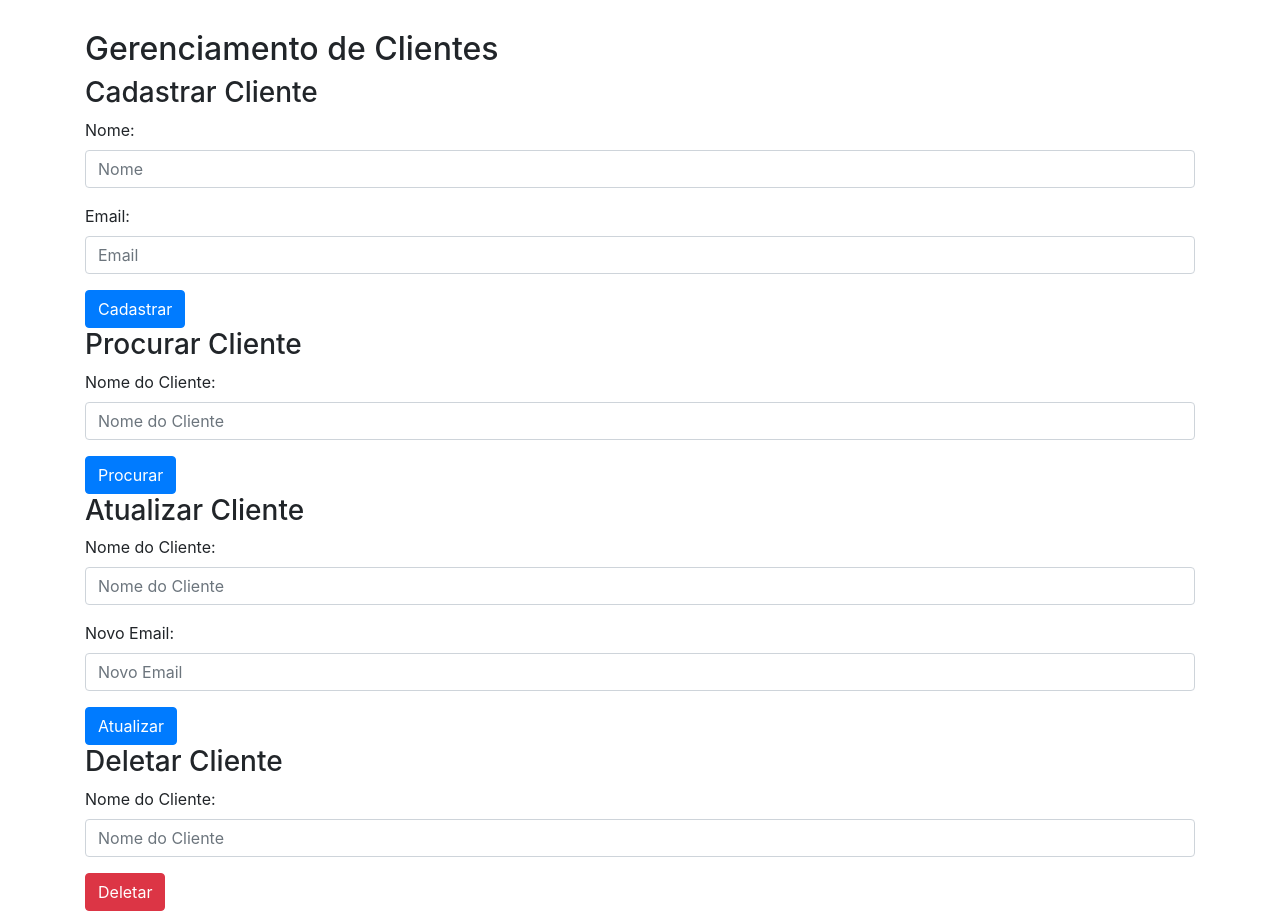
Repository: hagartelles/serveletProject
Page: BeltourServerlet/src/main/webapp/Index.html
The author's editor kept a copy of each file at every save. The page is drawn from the files as they stood at one save, then again after the next save.
The browser window is 1280 px wide. The pictures show the whole page.

Above is the page before, as saved 2023-11-04 19:06:36.

After the next save:
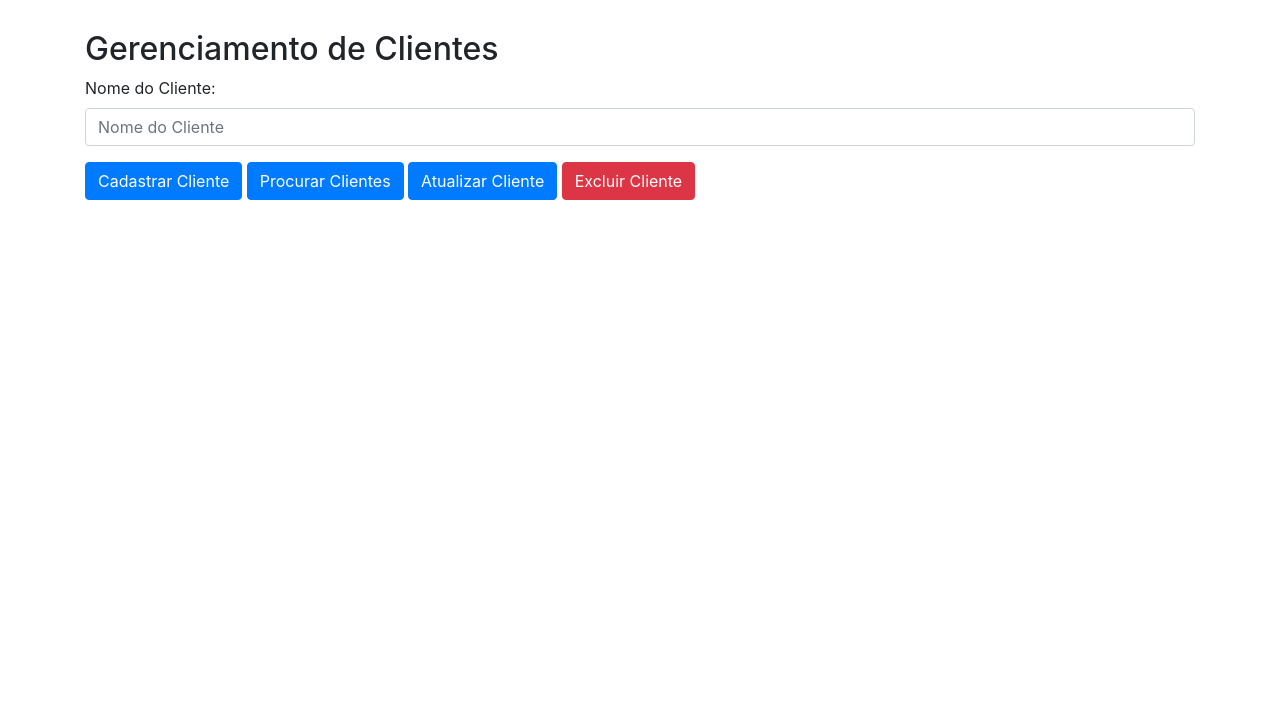
Saved 2 min 20 s later.
--- a/BeltourServerlet/src/main/webapp/Index.html
+++ b/BeltourServerlet/src/main/webapp/Index.html
@@ -15,55 +15,16 @@
   <div class="container">
     <h2>Gerenciamento de Clientes</h2>
 
-    <!-- Formulário de Cadastro -->
-    <form id="cadastro-form">
-      <h3>Cadastrar Cliente</h3>
+    <!-- Formulário para Ações de Cliente -->
+    <form id="cliente-form">
       <div class="form-group">
-        <label for="nome">Nome:</label>
-        <input type="text" class="form-control" id="nome" placeholder="Nome">
+        <label for="nome">Nome do Cliente:</label>
+        <input type="text" class="form-control" id="nome" placeholder="Nome do Cliente">
       </div>
-      <div class="form-group">
-        <label for="email">Email:</label>
-        <input type="email" class="form-control" id="email" placeholder="Email">
-      </div>
-      <button type="submit" class="btn btn-primary">Cadastrar</button>
-    </form>
-
-    <!-- Formulário de Procura -->
-    <form id="procura-form">
-      <h3>Procurar Cliente</h3>
-      <div class="form-group">
-        <label for="procura-nome">Nome do Cliente:</label>
-        <input type="text" class="form-control" id="procura-nome" placeholder="Nome do Cliente">
-      </div>
-      <button type="submit" class="btn btn-primary">Procurar</button>
-    </form>
-
-    <!-- Resultado da Procura -->
-    <div id="resultado-procura"></div>
-
-    <!-- Formulário de Atualização -->
-    <form id="atualizacao-form">
-      <h3>Atualizar Cliente</h3>
-      <div class="form-group">
-        <label for="atualiza-nome">Nome do Cliente:</label>
-        <input type="text" class="form-control" id="atualiza-nome" placeholder="Nome do Cliente">
-      </div>
-      <div class="form-group">
-        <label for="novo-email">Novo Email:</label>
-        <input type="email" class="form-control" id="novo-email" placeholder="Novo Email">
-      </div>
-      <button type="submit" class="btn btn-primary">Atualizar</button>
-    </form>
-
-    <!-- Formulário de Deleção -->
-    <form id="deleta-form">
-      <h3>Deletar Cliente</h3>
-      <div class="form-group">
-        <label for="deleta-nome">Nome do Cliente:</label>
-        <input type="text" class="form-control" id="deleta-nome" placeholder="Nome do Cliente">
-      </div>
-      <button type="submit" class="btn btn-danger">Deletar</button>
+      <button type="submit" class="btn btn-primary" name="cadastrar">Cadastrar Cliente</button>
+      <button type="button" class="btn btn-primary" name="procurar">Procurar Clientes</button>
+      <button type="button" class="btn btn-primary" name="atualizar">Atualizar Cliente</button>
+      <button type="button" class="btn btn-danger" name="excluir">Excluir Cliente</button>
     </form>
   </div>
 
